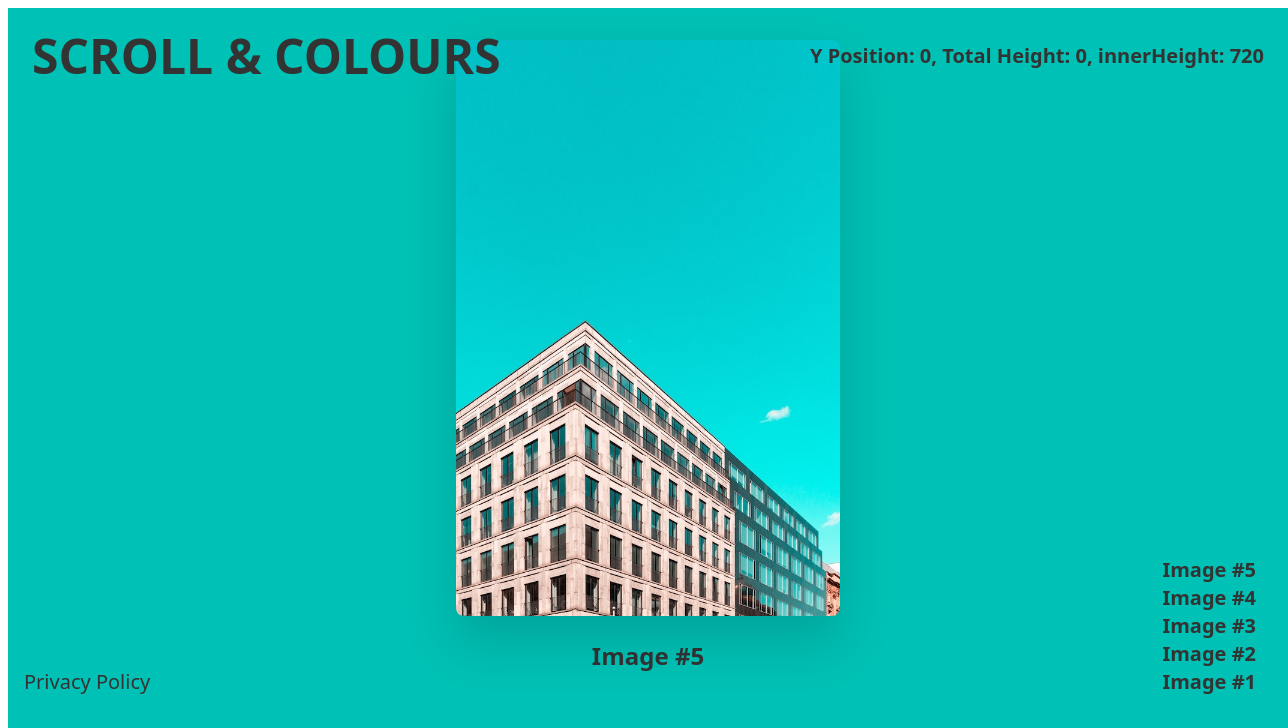
Repository: chelle-c/smooth-scroll-colours
Page: /
An editor plug-in stored every save of this project. The page is shown before and after the next save, followed by the edit.
The browser window is 1280 px wide. The page is 1288 px wide, so the pictures cover 1288 px, including what lies to the right of the window. The pictures show the whole page.
An inner scrolling area shows only its first screen. The project was rebuilt for these pictures with package versions that can differ from the ones it lists, and the page was loaded fresh each time. Imported but missing from the stored project, and not drawn on this page: images.

Above is the page before, as saved 2022-09-27 20:43:46.

After the next save:
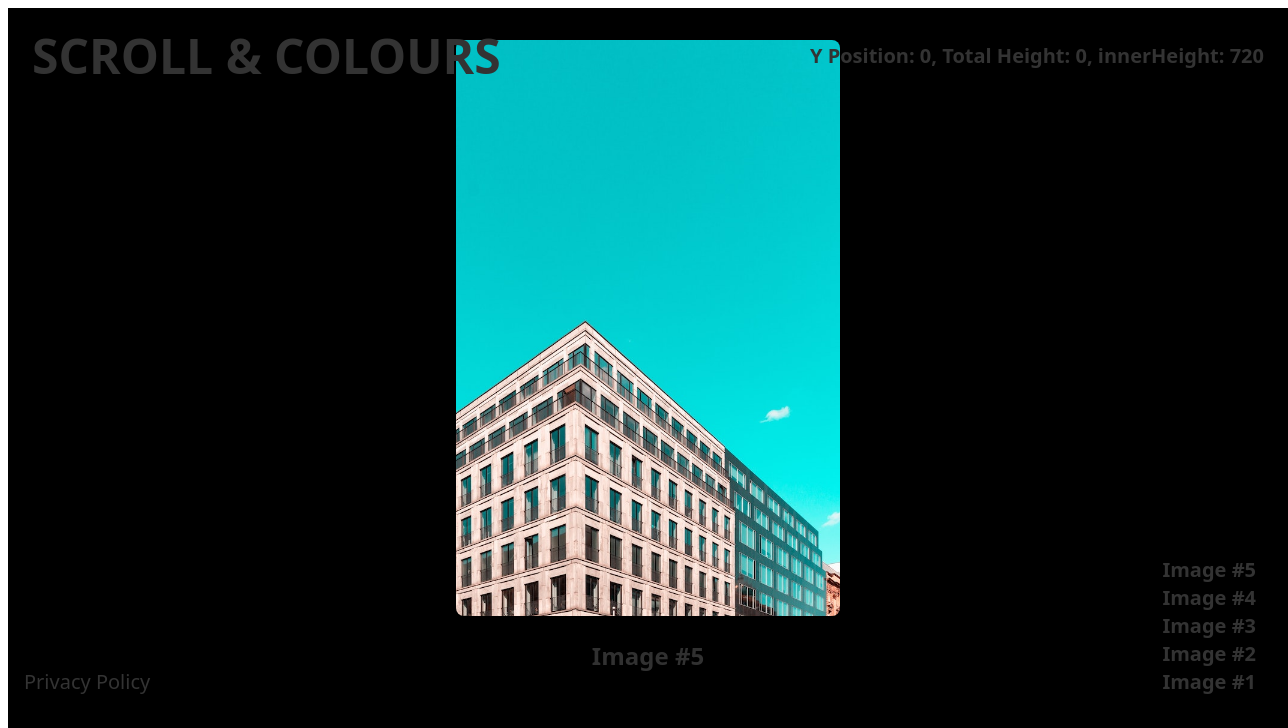
Saved 3 min 55 s later.
--- a/src/App.svelte
+++ b/src/App.svelte
@@ -138,4 +138,25 @@
 		scrollbar-width: none;
 		background: transparent;
 	}
+
+	#background::after {
+		/* Set the new background color */
+		background-color: black;
+
+		/* Render the pseudo element */
+		content: '';
+
+		/* Cover the entire page with the pseudo element */
+		position: absolute;
+		top: 0;
+		bottom: 0;
+		left: 0;
+		right: 0;
+
+		/* Render the new background color beneath the page content */
+		z-index: -1;
+
+		/* Animate opacity changes */
+		transition: opacity 300ms;
+	}
 </style>

After the save that followed:
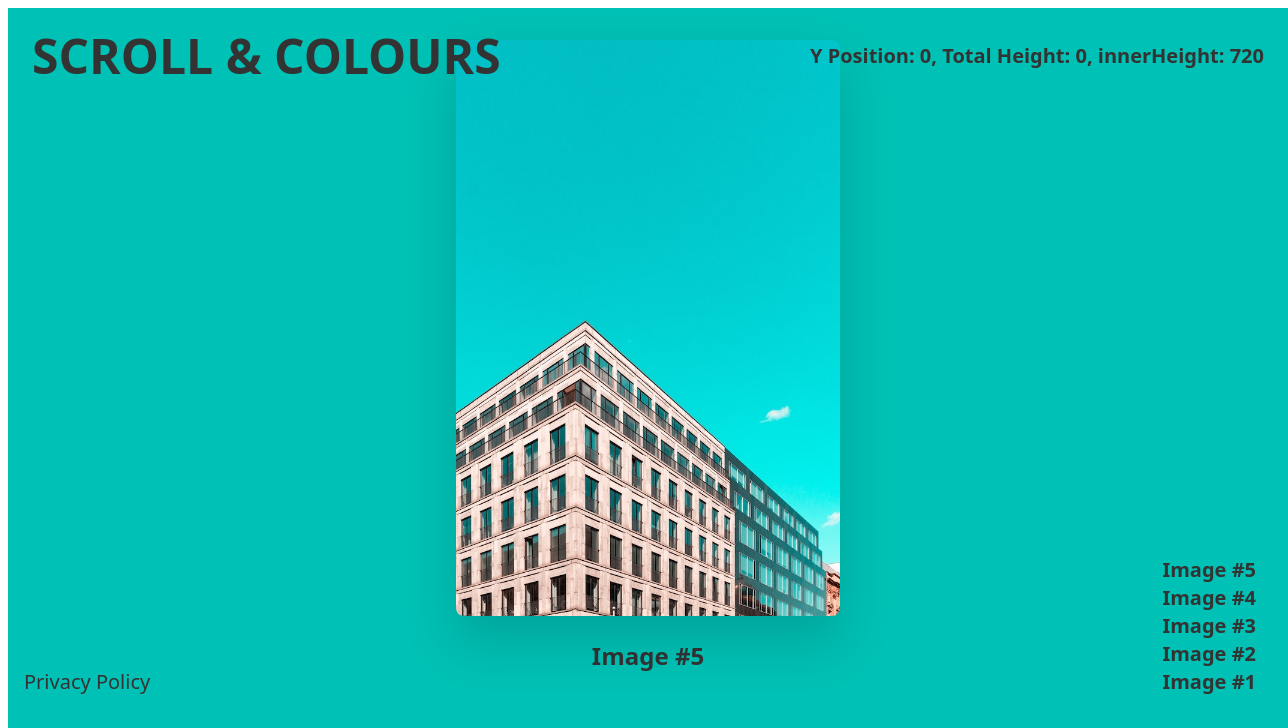
Saved 13 s later.
--- a/src/App.svelte
+++ b/src/App.svelte
@@ -138,25 +138,4 @@
 		scrollbar-width: none;
 		background: transparent;
 	}
-
-	#background::after {
-		/* Set the new background color */
-		background-color: black;
-
-		/* Render the pseudo element */
-		content: '';
-
-		/* Cover the entire page with the pseudo element */
-		position: absolute;
-		top: 0;
-		bottom: 0;
-		left: 0;
-		right: 0;
-
-		/* Render the new background color beneath the page content */
-		z-index: -1;
-
-		/* Animate opacity changes */
-		transition: opacity 300ms;
-	}
 </style>
